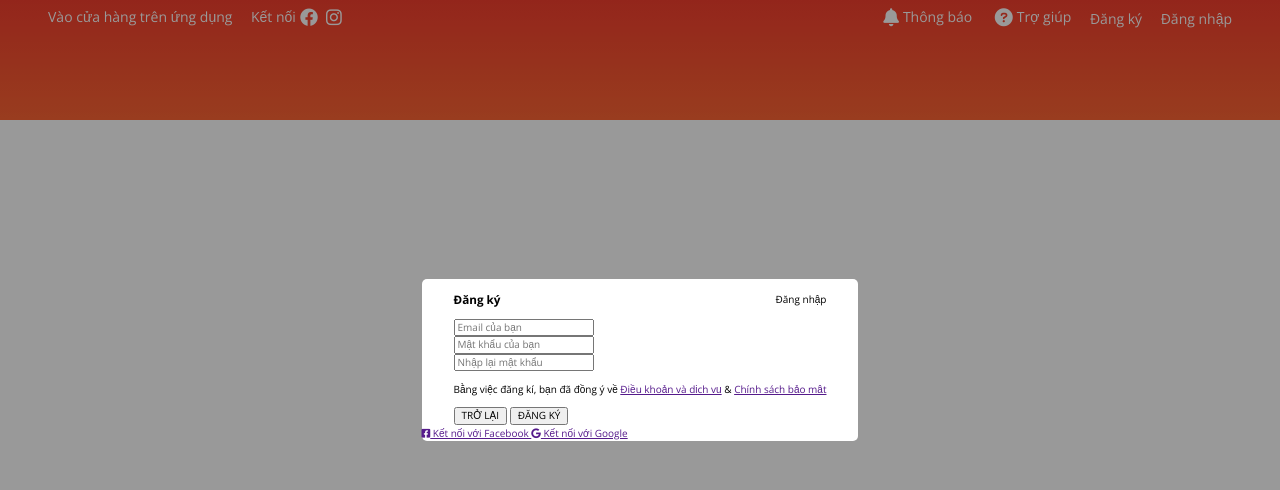
Repository: trongtamdev/Clone-Shopee-Page
Page: index.html
An editor plug-in stored every save of this project. The page is shown before and after the next save, followed by the edit.
The browser window is 1280 px wide. The pictures show the whole page.

Above is the page before, as saved 2022-07-08 20:58:21.

### index.html
<!DOCTYPE html>
<html lang="en">

<head>
    <meta charset="UTF-8">
    <meta http-equiv="X-UA-Compatible" content="IE=edge">
    <meta name="viewport" content="width=device-width, initial-scale=1.0">
    <title>Document</title>
    <link rel="stylesheet" href="https://cdnjs.cloudflare.com/ajax/libs/normalize/8.0.1/normalize.min.css">
    <link rel="stylesheet" href="assets/css/base.css">
    <link rel="stylesheet" href="assets/css/main.css">
    <link rel="stylesheet" href="assets/fonts/fontawesome-free-6.1.1/css/all.min.css">
    <link href="https://fonts.googleapis.com/css2?family=Open+Sans:wght@300;400;500;700&display=swap" rel="stylesheet">
</head>
    <div class="app">
        <header class="header">
            <div class="grid">
                <nav class="header__navbar">
                    <ul class="header__navbar-list">
                        <li class="header__navbar-item header__navbar-item--has-qr">
                            Vào cửa hàng trên ứng dụng
                            <div class="header__qr">
                                <img src="assets/img/qr_code.png" alt="QR code" class="header__qr-img">
                                <div class="header__qr-apps">
                                    <a href="" class="header__qr-link">
                                        <img src="assets/img/google_play.png" alt="Google play" class="header__qr-download-img">
                                    </a>
                                    <a href="" class="header__qr-link">
                                        <img src="assets/img/app_store.png" alt="App store" class="header__qr-download-img">
                                    </a>
                                </div>
                            </div>
                        </li>
                        <li class="header__navbar-item">
                            <span class="header__navbar-title--no-pointer">Kết nối</span>
                            <a href="" class="header__navbar-icon-link">
                                <i class="header__navbar-icon fa-brands fa-facebook"></i>
                            </a>
                            <a href="" class="header__navbar-icon-link">
                                <i class="header__navbar-icon fa-brands fa-instagram"></i>
                            </a>
                        </li>
                    </ul>

                    <ul class="header__navbar-list">
                        <li class="header__navbar-item">
                            <a href="" class="header__navbar-item-link">
                                <i class="header__navbar-icon fa-solid fa-bell"></i>
                                Thông báo</a>
                        </li>

                        <li class="header__navbar-item">
                            <a href="" class="header__navbar-item-link">
                                <i class="header__navbar-icon fa-solid fa-circle-question"></i>
                                Trợ giúp</a>
                        </li>

                        <li class="header__navbar-item header__navbar-item--strong">Đăng ký</li>
                        <li class="header__navbar-item header__navbar-item--strong">Đăng nhập</li>
                    </ul>
                </nav>
            </div>

        </header>

        <div class="container">

        </div>

        <footer class="footer">

        </footer>
    </div>
    <div class="modal">
        <div class="modal__overlay">

        </div>
        <div class="modal__body">
            <div class="modal__inner">
                <!-- Auth form -->
                <div class="auth-form">
                    <div class="auth-form__container">
                        <div class="auth-form__header">
                            <h3 class="auth-form__heading">Đăng ký</h3>
                            <span class="auth-form__switch-btn">Đăng nhập</span>
                        </div>

                        <div class="auth-form__form">
                            <div class="auth-form__group">
                                <input type="text" class="auth-form__input" placeholder="Email của bạn">
                            </div>

                            <div class="auth-form__group">
                                <input type="password" class="auth-form__input" placeholder="Mật khẩu của bạn">
                            </div>

                            <div class="auth-form__group">
                                <input type="password" class="auth-form__input" placeholder="Nhập lại mật khẩu">
                            </div>
                        </div>

                        <div class="auth-form__aside">
                            <p class="auth-form__policy-text">
                                Bằng việc đăng kí, bạn đã đồng ý về
                                <a href="" class="auth-form__policy-link">Điều khoản và dịch vụ</a> &
                                <a href="" class="auth-form__policy-link">Chính sách bảo mật</a>
                            </p>
                        </div>

                        <div class="auth-form__controls">
                            <button class="btn">TRỞ LẠI</button>
                            <button class="btn btn--primary">ĐĂNG KÝ</button>
                        </div>
                    </div>

                    <div class="auth-form__socials">
                        <a href="" class="btn btn--with-icon">
                            <i class="fa-brands fa-facebook-square"></i>
                            Kết nối với Facebook
                        </a>

                        <a href="" class="btn btn--with-icon">
                            <i class="fa-brands fa-google"></i>
                            Kết nối với Google
                        </a>
                    </div>
                </div>
            </div>
        </div>
    </div>
<body>

</body>

</html>

### assets/css/base.css
:root {
    --white-color :#fff;
    --back-color :#000;
    --text-color : #333;
}

*{
    box-sizing: inherit;
}

html {
    font-size: 62.5%;
    line-height: 1.6rem;
    font-family: 'Open Sans', sans-serif;;
    box-sizing: border-box;
}

.grid {
    width: 1200px;
    max-width: 100%;
    margin: 0 auto;
}

.grid__full-width {
    width: 100%;
}

.grid__row {
    display: flex;
    flex-wrap: wrap
}

/* Animation */
@keyframes fadeIn {
    from {
        opacity: 0;
    }to {
        opacity: 1;
    }
}

/* Modal */

.modal {
    position: fixed;
    top: 0;
    right: 0;
    bottom: 0;
    left: 0;
    display: flex;
}

.modal__overlay {
    position: absolute;
    width: 100%;
    height: 100%;
    background-color: rgba(0, 0, 0, 0.4);
}

.modal__body {

    background-color: var(--white-color);
    margin: auto;
    position: relative;
    z-index: 1;
    border-radius: 5px;
}

### assets/css/main.css
.header {
    height: 120px;
    background-image: linear-gradient(0, #fe6433, #f53e2d);
}

.header__navbar {
    display: flex;
    justify-content: space-between;
}

.header__navbar-list {
    list-style: none;
    padding: 0;
    margin-top: 4px;
}

.header__navbar-item {
    margin: 0 8px;
    position: relative;
    min-height: 26px;
}

.header__navbar-item--has-qr:hover .header__qr {
    display: block;
}

.header__navbar-item,
.header__navbar-item-link{
    display: inline-block;
    font-size: 1.4rem;
    color :var(--white-color);
    text-decoration: none;
    font-weight: 300;
}

.header__navbar-item,
.header__navbar-item-link,
.header__navbar-icon-link {
    display: inline-flex;
    align-items: center;
}

.header__navbar-item:hover,
.header__navbar-item-link:hover,
.header__navbar-icon-link:hover{
    cursor: pointer;
    color: rgba(255, 255, 255, 0.7);
}

.header__navbar-item--strong {
    font-weight: 400;
}


.header__navbar-icon-link {
    color: var(--white-color);
    text-decoration: none;
}

.header__navbar-icon {
    font-size: 1.8rem;
    margin: 0 4px;
}

.header__navbar-title--no-pointer {
    color: var(--white-color);
    cursor: text;
}

/* Header QR code */

.header__qr {
    width: 186px;
    background-color: var(--white-color);
    position: absolute;
    left: 0;
    top: 118%;
    padding: 8px;
    border-radius: 2px;
    display: none;
    animation: fadeIn ease-in 0.5s;
}

.header__qr::before {
    position: absolute;
    left: 0;
    top: -16px;
    width: 100%;
    height: 20px;
    content: "";
    display: block;
}

.header__qr-img {
    width: 100%;
}

.header__qr-apps {
    display: flex;
}

.header__qr-link:nth-child(1) {
    margin-left: 11px;
}

.header__qr-link:nth-child(2) {
    margin-right: 11px;
}

.header__qr-download-img {
    height: 18px;
}


/* Authen Modal */

.auth-form__container {
    padding: 0 32px;
}

.auth-form__header {
    display: flex;
    align-items: center;
    justify-content: space-between;
}

Loaded but not shown: assets/fonts/fontawesome-free-6.1.1/css/all.min.css (library)

After the next save:
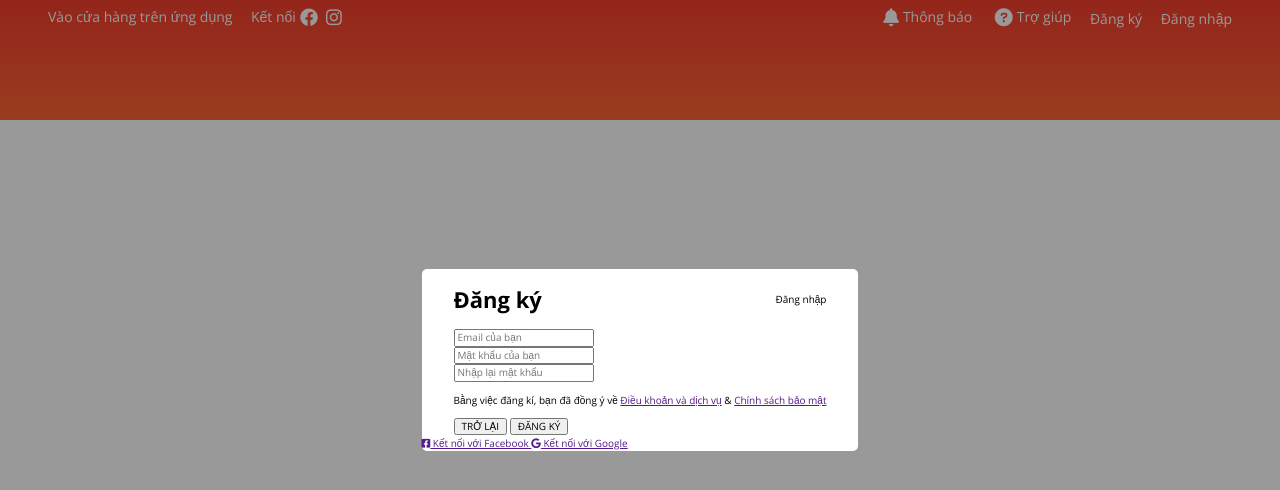
Saved 39 s later.
--- a/assets/css/main.css
+++ b/assets/css/main.css
@@ -123,3 +123,7 @@
     align-items: center;
     justify-content: space-between;
 }
+
+.auth-form__heading {
+    font-size: 2.2rem;
+}
